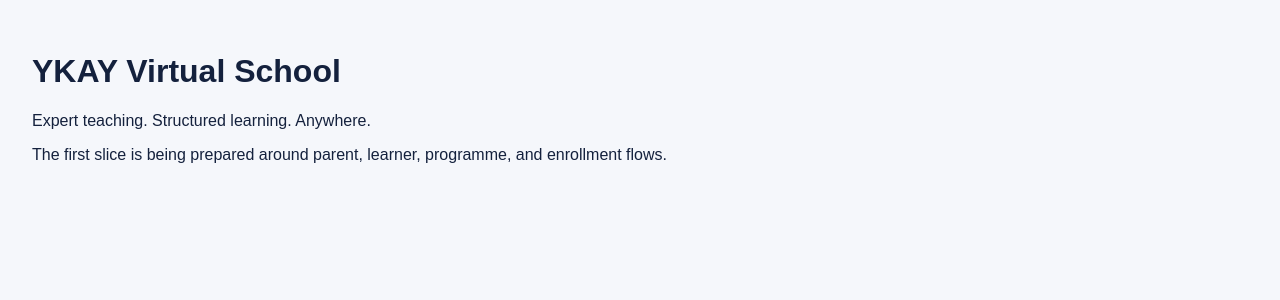
Repository: Teamthy/ykay-virtual
Page: / (app in apps/web/)
The author's editor kept a copy of each file at every save. The page is drawn from the files as they stood at one save, then again after the next save.
The browser window is 1280 px wide. The pictures show the whole page.
The project was rebuilt for these pictures with package versions that can differ from the ones it lists, and the page was loaded fresh each time. The framework's server and built-in components were replaced by stand-ins that run in the browser. Also part of the build but not shown: apps/web/next.config.js.

Above is the page before, as saved 2026-08-10 23:47:35.

### apps/web/app/layout.tsx
import './globals.css';

export const metadata = {
  title: 'YKAY Virtual School',
  description: 'Expert teaching. Structured learning. Anywhere.'
};

export default function RootLayout({ children }: { children: React.ReactNode }) {
  return (
    <html lang="en">
      <body>{children}</body>
    </html>
  );
}

### apps/web/app/page.tsx
export default function HomePage() {
  return (
    <main style={{ padding: '2rem', fontFamily: 'sans-serif' }}>
      <h1>YKAY Virtual School</h1>
      <p>Expert teaching. Structured learning. Anywhere.</p>
      <p>The first slice is being prepared around parent, learner, programme, and enrollment flows.</p>
    </main>
  );
}

### apps/web/app/globals.css
html, body {
  margin: 0;
  padding: 0;
  background: #f5f7fb;
  color: #14213d;
}

* {
  box-sizing: border-box;
}

After the next save:
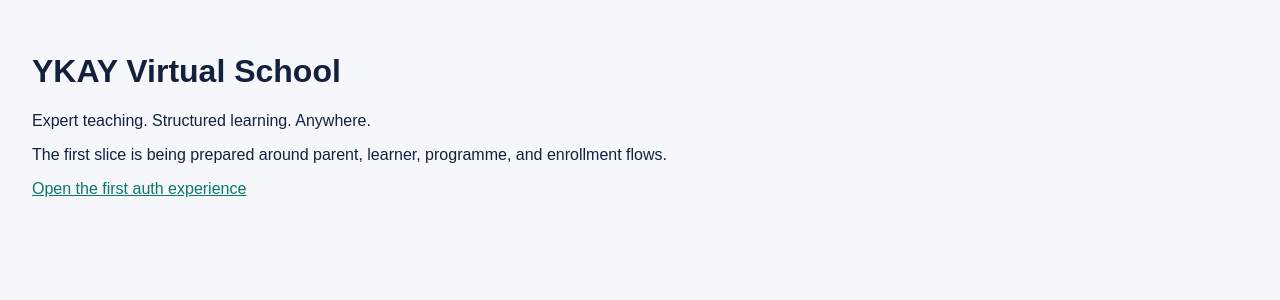
Saved 18 s later.
--- a/apps/web/app/page.tsx
+++ b/apps/web/app/page.tsx
@@ -1,9 +1,16 @@
+import Link from 'next/link';
+
 export default function HomePage() {
   return (
     <main style={{ padding: '2rem', fontFamily: 'sans-serif' }}>
       <h1>YKAY Virtual School</h1>
       <p>Expert teaching. Structured learning. Anywhere.</p>
       <p>The first slice is being prepared around parent, learner, programme, and enrollment flows.</p>
+      <p>
+        <Link href="/auth" style={{ color: '#0f766e', textDecoration: 'underline' }}>
+          Open the first auth experience
+        </Link>
+      </p>
     </main>
   );
 }
